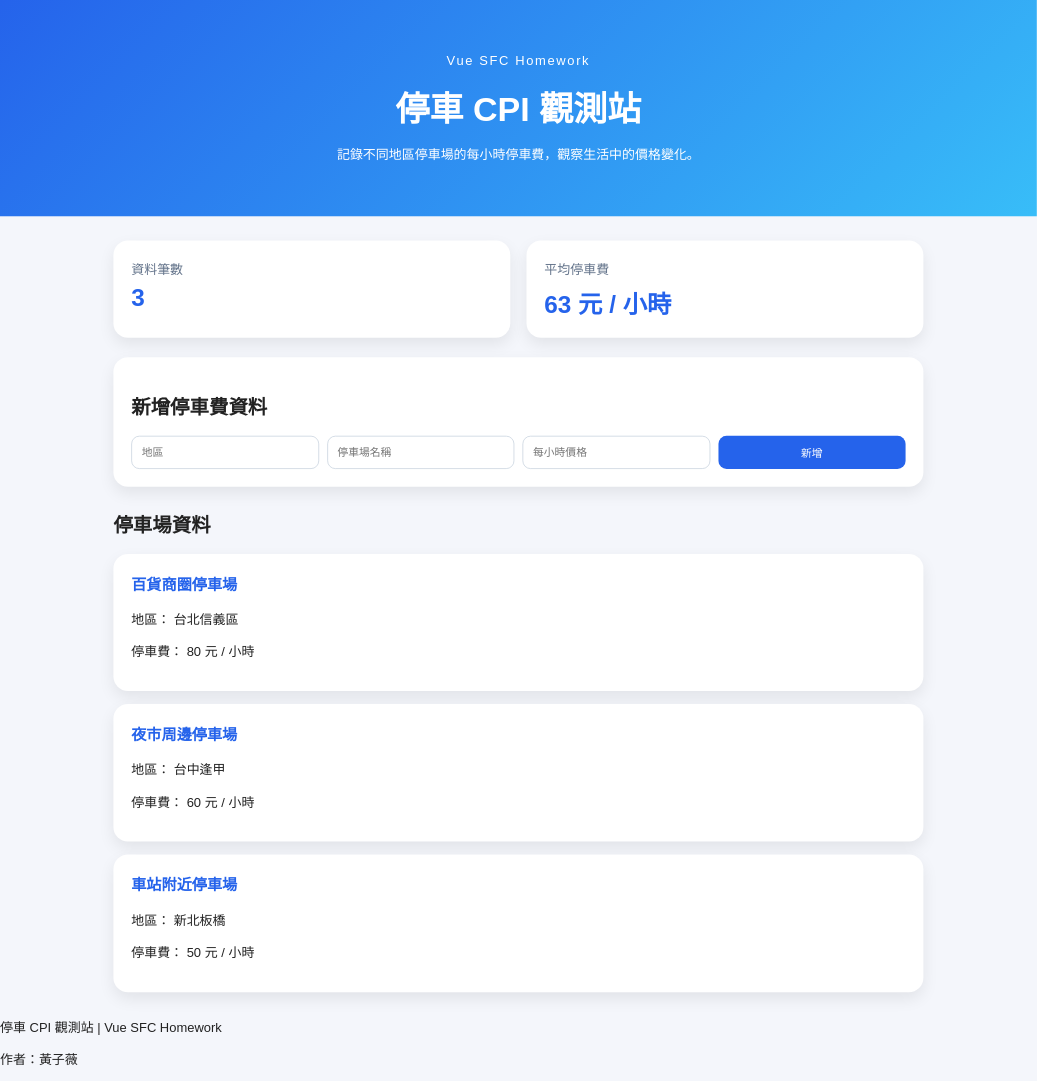
Repository: stewie0901/parking-cpi
Page: /
These files come from the project's save history. The page is drawn as it stood at one moment and after the next save; the edit follows.
The browser window is 1280 px wide. The pictures show the whole page, at 81% of full size.
The project was rebuilt for these pictures with package versions that can differ from the ones it lists, and the page was loaded fresh each time. Also part of the build but not shown: vite.config.js.

Above is the page before, as saved 2026-06-04 15:06:18.

After the next save:
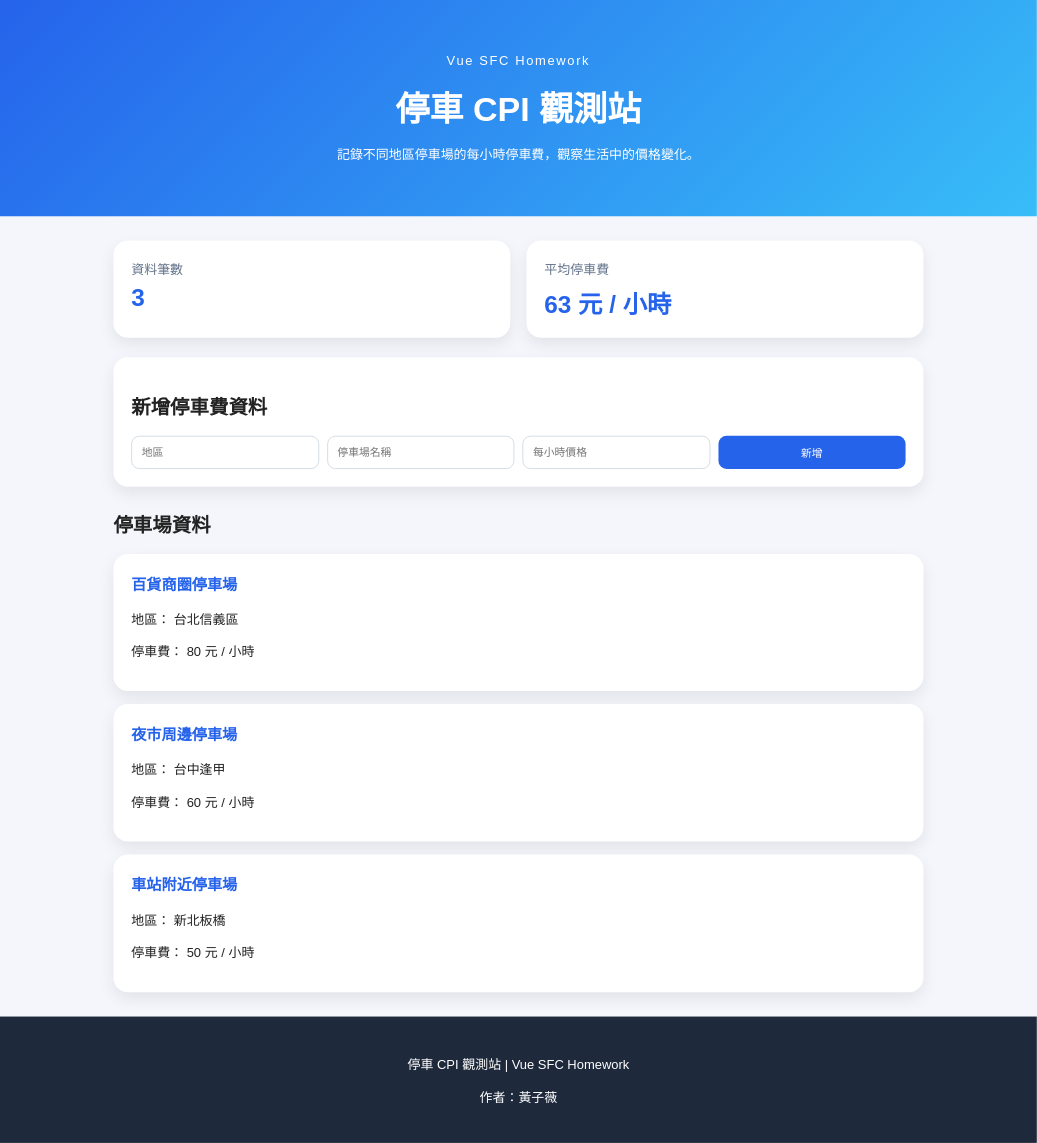
Saved 5 s later.
--- a/src/style.css
+++ b/src/style.css
@@ -99,3 +99,11 @@ button:hover {
     display: flex;
   }
 }
+
+.footer {
+  text-align: center;
+  padding: 30px;
+  margin-top: 30px;
+  background: #1e293b;
+  color: white;
+}
